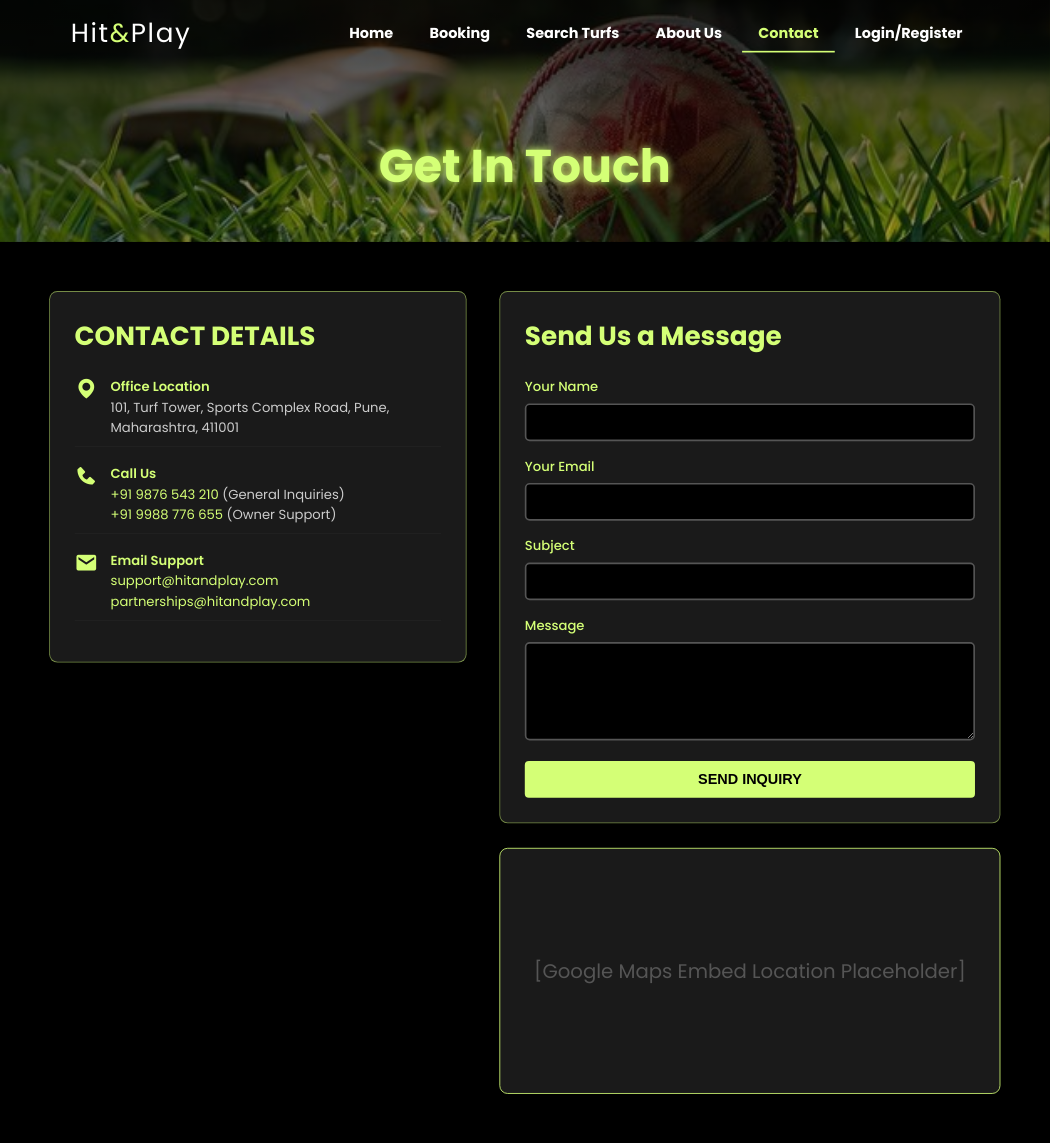
Repository: nilofar-nadaf/TurfBookingSystem
Page: http://localhost/contactUs
The author's editor kept a copy of each file at every save. The page is drawn from the files as they stood at one save, then again after the next save.
The browser window is 1280 px wide. The pictures show the whole page, at 82% of full size.
The page is this project's Thymeleaf template; nobody is signed in. The template is opened directly, without the code that normally fills it, so the values that code supplies are empty.

Above is the page before, as saved 2025-10-16 17:02:35.

After the next save:
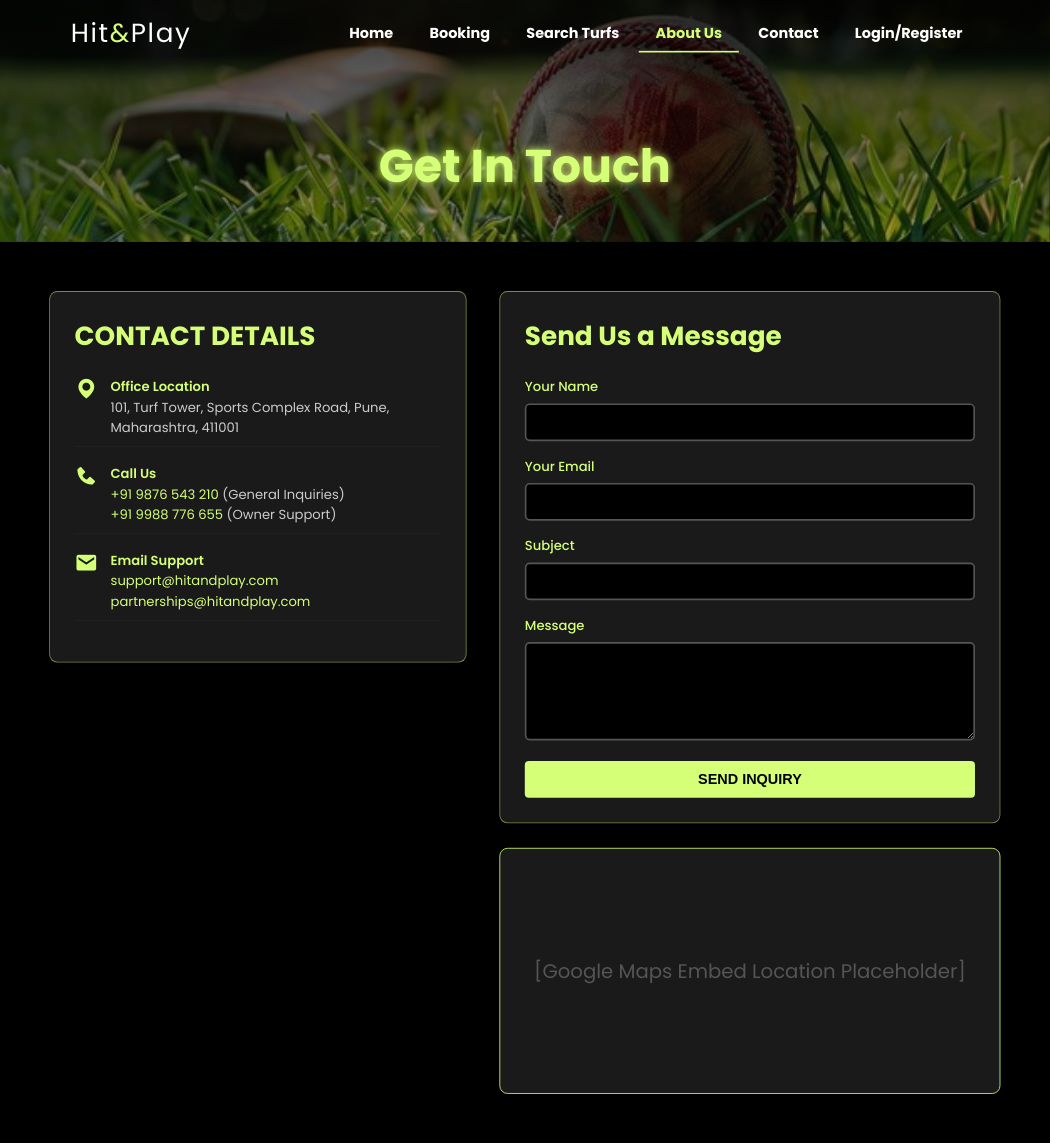
Saved 70 s later.
--- a/CricketTurfBooking/CricketTurfBookingSystem/src/main/resources/templates/contactUs.html
+++ b/CricketTurfBooking/CricketTurfBookingSystem/src/main/resources/templates/contactUs.html
@@ -207,12 +207,12 @@
         <nav>
             <div class="logo">Hit<span class="hit">&</span>Play</div>
             <div class="menu">
-                <a href="home.html">Home</a>
-                <a href="bookNow.html">Booking</a>
-                <a href="searchTurf.html">Search Turfs</a>
-                <a href="aboutUs.html">About Us</a>
-                <a href="contactUs.html" style="border-bottom: 2px solid var(--primary-color); color: var(--primary-color);">Contact</a>
-                <a href="login.html">Login/Register</a>
+				<a th:href="@{/home}">Home</a>
+				                <a href="#">Booking</a>
+				                <a th:href="@{/searchTurf}">Search Turfs</a>
+				                <a th:href="@{/aboutUs}" style="border-bottom: 2px solid var(--primary-color); color: var(--primary-color);">About Us</a>
+				                <a th:href="@{/contactUs}">Contact</a>
+				                <a th:href="@{/login}">Login/Register</a>
             </div>
         </nav>
 
